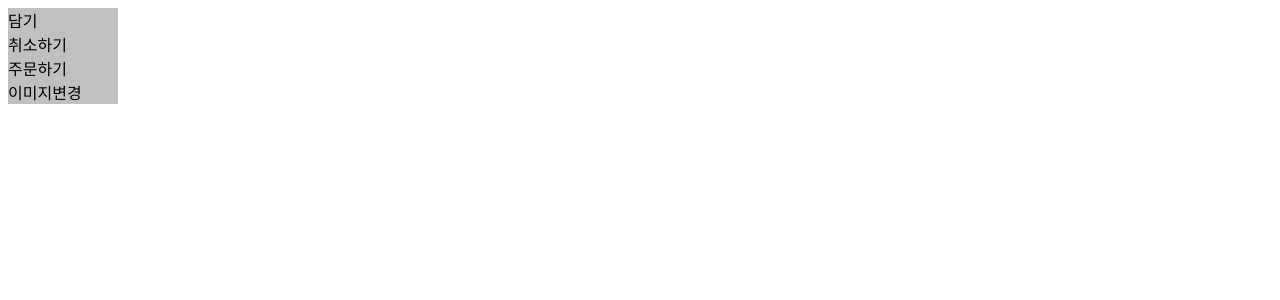
Repository: DevJoeYC/Metabukcs
Page: metabucks/WebContent/PROTO2/product/option.html
These files come from the project's save history. The page is drawn as it stood at one moment and after the next save; the edit follows.
The browser window is 1280 px wide. The pictures show the whole page.

Above is the page before, as saved 2022-05-26 16:28:43.

### metabucks/WebContent/PROTO2/product/option.html
<div style="width: 180px; height:9rem; background-color:silver; display:none;" class="left">
샷추가(최대2)<br>
<span class="plus" onclick="setInputNumber(this,0,2)">+</span>
<input type="number" value="0" min="0" max="2" style="width:2rem;" class="option" id="opt1">
<span class="minus" onclick="setInputNumber(this,0,2)">-</span>
<br>시럽추가(최대3)<br>
<span class="plus" onclick="setInputNumber(this,0,3)">+</span>
<input type="number" value="0" min="0" max="3" style="width:2rem;" class="option" id="opt2">
<span class="minus" onclick="setInputNumber(this,0,3)">-</span>
<br>수량 선택<br>
<span class="plus" onclick="setInputNumber(this,1,10)">+</span>
<input type="number" value="1" min="0" style="width:2em;" class="option" id="opt3">
<span class="minus" onclick="setInputNumber(this,1,10)">-</span>
</div>

<div style="width: 110px; height:6rem; background-color:silver;" class="left">
<div class="btn" onclick="putItemIntoCart();clearOption();">담기</div>
<div class="btn" onclick="clearCart();">취소하기</div>
<div class="btn" onclick="order();">주문하기</div>
<div class="btn" onclick="UpdateIMG();">이미지변경</div>
</div>

<div style="width: 200px; height:6rem; background-color:silver; display:none;" class="left">
상품번호<span id="pro_no"></span><br>
상세이름<span id="pro_name"></span><br>
상품이름<span id="div_name"></span><br>
판매가격<span id="sel_price"></span><br>
</div>

<div style="width: 100px; height:6rem; background-color:silver; display:none;" class="left">
샷<span id="sel_opt1"></span><br>
시럽<span id="sel_opt2"></span><br>
수량<span id="sel_opt3"></span><br>
</div>

<div style="width: 200px; height:6rem; background-color:silver; display:none;" class="left">
<div class="cart" id="totalCount">총 수량<input type="number" value="0" id="count" style="width:3rem;" readonly></div>
<div class="cart" id="totalPrice">총 금액<input type="number" value="0" id="price" style="width:6rem;" readonly></div>
<div style="width:100px; height:1.5rem; background-color:silver;" id="order_no_list"></div>
</div>

After the next save:
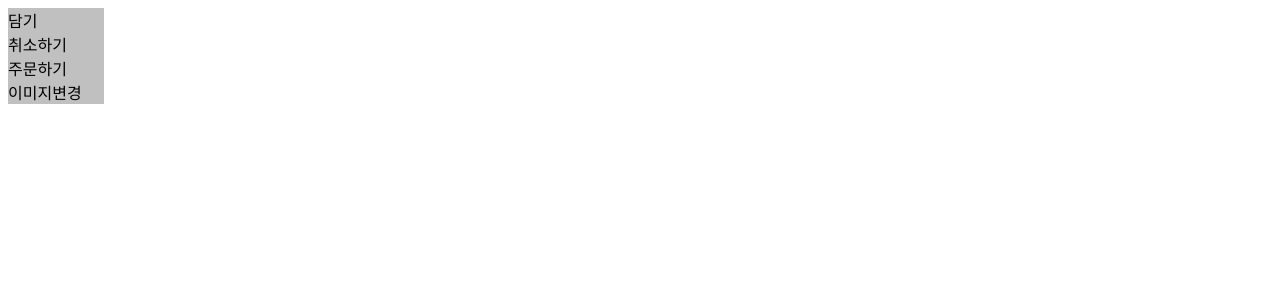
Saved 31 s later.
--- a/metabucks/WebContent/PROTO2/product/option.html
+++ b/metabucks/WebContent/PROTO2/product/option.html
@@ -13,7 +13,7 @@
 <span class="minus" onclick="setInputNumber(this,1,10)">-</span>
 </div>
 
-<div style="width: 110px; height:6rem; background-color:silver;" class="left">
+<div style="width: 6rem; height:6rem; background-color:silver;" class="left">
 <div class="btn" onclick="putItemIntoCart();clearOption();">담기</div>
 <div class="btn" onclick="clearCart();">취소하기</div>
 <div class="btn" onclick="order();">주문하기</div>
